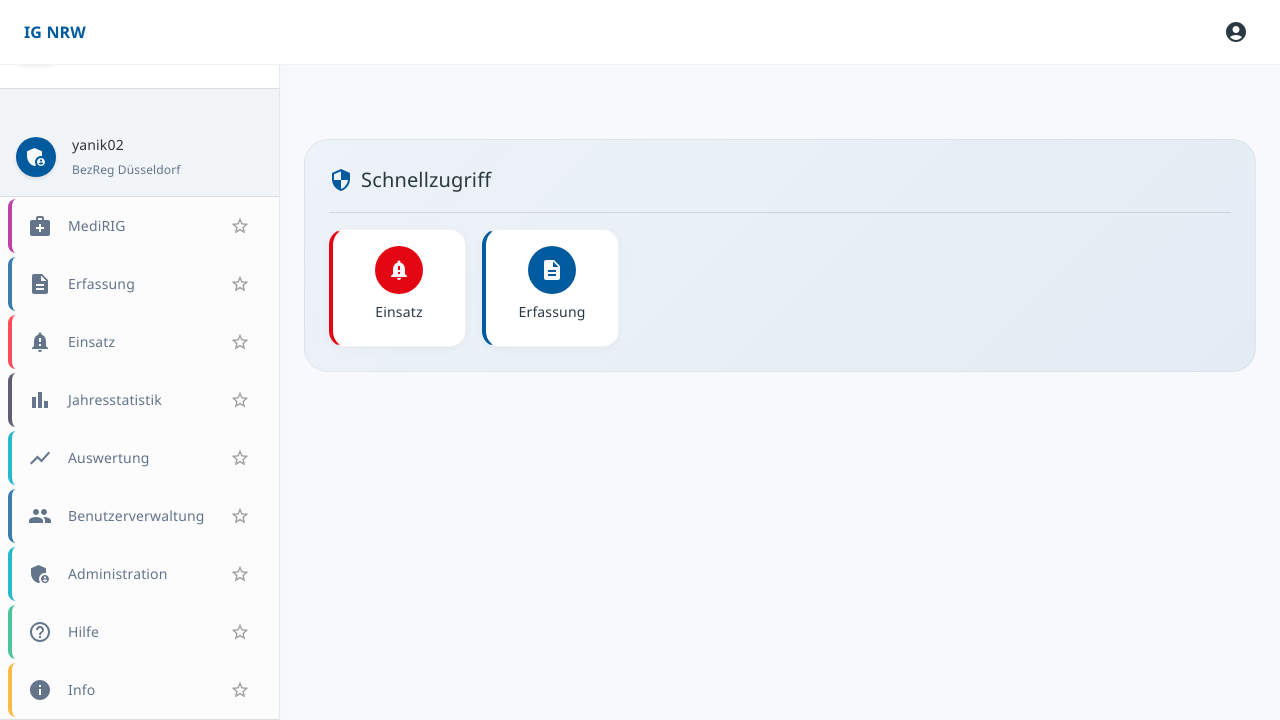
Repository: bynrw/sidebar
Page: /
The author's editor kept a copy of each file at every save. The page is drawn from the files as they stood at one save, then again after the next save.
The browser window is 1280 px wide. The pictures show the whole page.
The project was rebuilt for these pictures with package versions that can differ from the ones it lists, and the page was loaded fresh each time. Also part of the build but not shown: src/components/layout/CustomCard.js, src/components/pages/Info.js, src/components/pages/Jahresstatistik.js.

Above is the page before, as saved 2025-04-28 07:41:40.

After the next save:
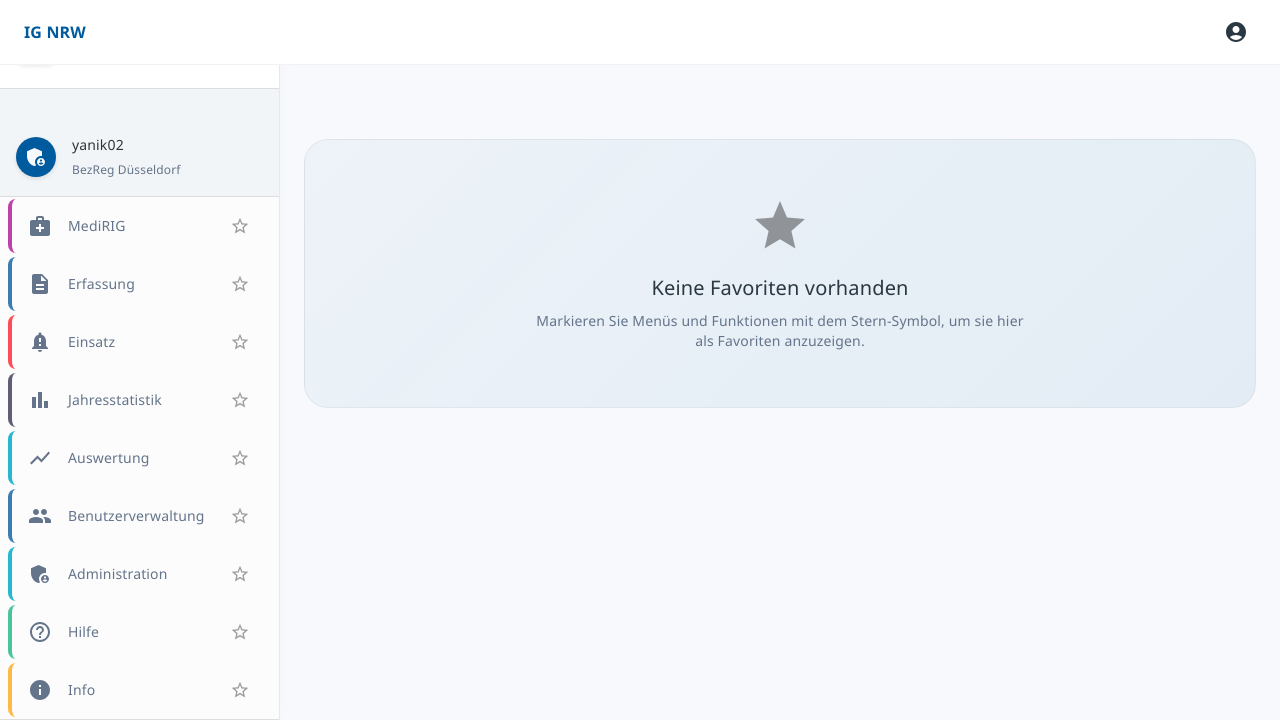
Saved 3 min 56 s later.
--- a/src/components/pages/HomePage.js
+++ b/src/components/pages/HomePage.js
@@ -107,50 +107,12 @@ function HomePage() {
 
   return (
     <Box>
-      {/* Hauptinhalt - nur Schnellzugriff */}
-      <Paper
-        elevation={0}
-        sx={{
-          p: 3,
-          borderRadius: 3,
-          background: 'linear-gradient(135deg, rgba(0, 90, 158, 0.04) 0%, rgba(0, 90, 158, 0.08) 100%)',
-          border: '1px solid rgba(0,0,0,0.05)'
-        }}
-      >
-        <Typography variant="h6" gutterBottom sx={{ display: 'flex', alignItems: 'center' }}>
-          <SecurityIcon sx={{ mr: 1, color: theme.palette.primary.main }} />
-          Schnellzugriff
-        </Typography>
-        <Divider sx={{ my: 2 }} />
-        <Grid container spacing={2}>
-          <Grid item xs={6} sm={3} md={2}>
-            <QuickAccessButton
-              icon={<NotificationImportantIcon />}
-              title="Einsatz"
-              path="/einsatz"
-              color="error"
-              borderStyle={{ borderLeft: `4px solid ${theme.palette.error.main}` }}
-            />
-          </Grid>
-          <Grid item xs={6} sm={3} md={2}>
-            <QuickAccessButton
-              icon={<DescriptionIcon />}
-              title="Erfassung"
-              path="/erfassung"
-              color="primary"
-              borderStyle={{ borderLeft: `4px solid ${theme.palette.primary.main}` }}
-            />
-          </Grid>
-        </Grid>
-      </Paper>
-
       {/* Favoriten-Bereich */}
       {favorites.length > 0 && (
         <Paper
           elevation={0}
           sx={{
             p: 3,
-            mt: 3,
             borderRadius: 3,
             background: 'linear-gradient(135deg, rgba(255, 193, 7, 0.04) 0%, rgba(255, 193, 7, 0.08) 100%)',
             border: '1px solid rgba(0,0,0,0.05)'
@@ -379,6 +341,28 @@ function HomePage() {
           )}
         </Paper>
       )}
+
+      {/* Hinweis wenn keine Favoriten vorhanden sind */}
+      {favorites.length === 0 && (
+        <Paper
+          elevation={0}
+          sx={{
+            p: 3,
+            borderRadius: 3,
+            background: 'linear-gradient(135deg, rgba(0, 90, 158, 0.04) 0%, rgba(0, 90, 158, 0.08) 100%)',
+            border: '1px solid rgba(0,0,0,0.05)',
+            textAlign: 'center'
+          }}
+        >
+          <Box sx={{ display: 'flex', flexDirection: 'column', alignItems: 'center', py: 4 }}>
+            <StarIcon sx={{ fontSize: 60, color: 'text.disabled', mb: 2 }} />
+            <Typography variant="h6" gutterBottom>Keine Favoriten vorhanden</Typography>
+            <Typography variant="body2" color="text.secondary" sx={{ maxWidth: 500, mx: 'auto' }}>
+              Markieren Sie Menüs und Funktionen mit dem Stern-Symbol, um sie hier als Favoriten anzuzeigen.
+            </Typography>
+          </Box>
+        </Paper>
+      )}
     </Box>
   );
 }
